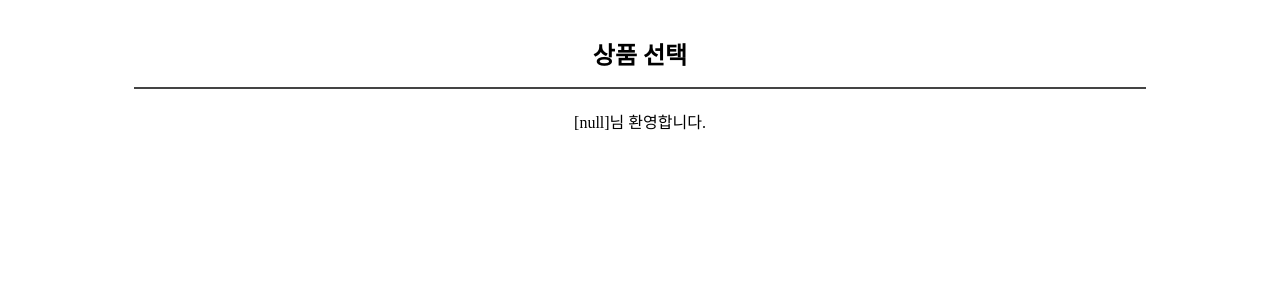
Repository: taiseidesu97/space_jspworks
Page: http://localhost/jweb0/cart/selProduct.jsp
An editor plug-in stored every save of this project. The page is shown before and after the next save, followed by the edit.
The browser window is 1280 px wide. The pictures show the whole page.
The page is served by Tomcat 10.

Above is the page before, as saved 2025-10-13 03:16:52.

After the next save:
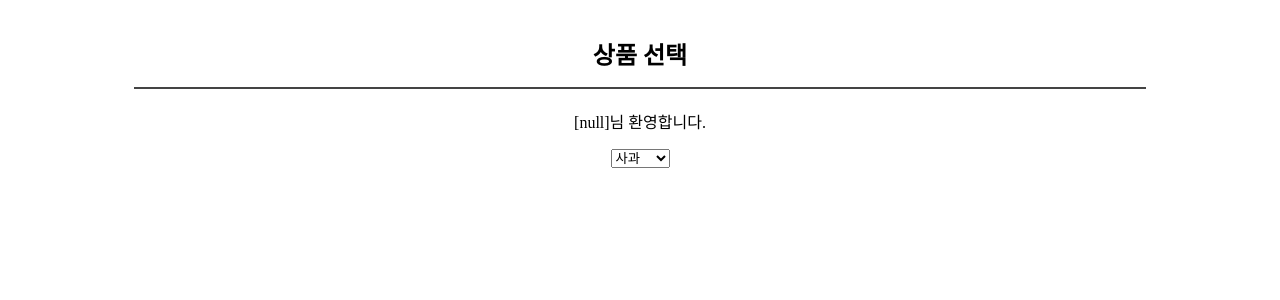
Saved 2 min 50 s later.
--- a/jweb0/src/main/webapp/cart/selProduct.jsp
+++ b/jweb0/src/main/webapp/cart/selProduct.jsp
@@ -21,7 +21,14 @@
 <section id="container">
 <h2>상품 선택</h2>
 <p>[<%=session.getAttribute("sessionName") %>]</b>님 환영합니다.</p>
+<form action="addProduct.jsp" method="post">
+<select name = "product">
+<option value="사과">사과</option>
+<option value="바나나">바나나</option>
+<option value="포도">포도</option>
 
+</select>
+</form>
 </section>
 
 </body>
